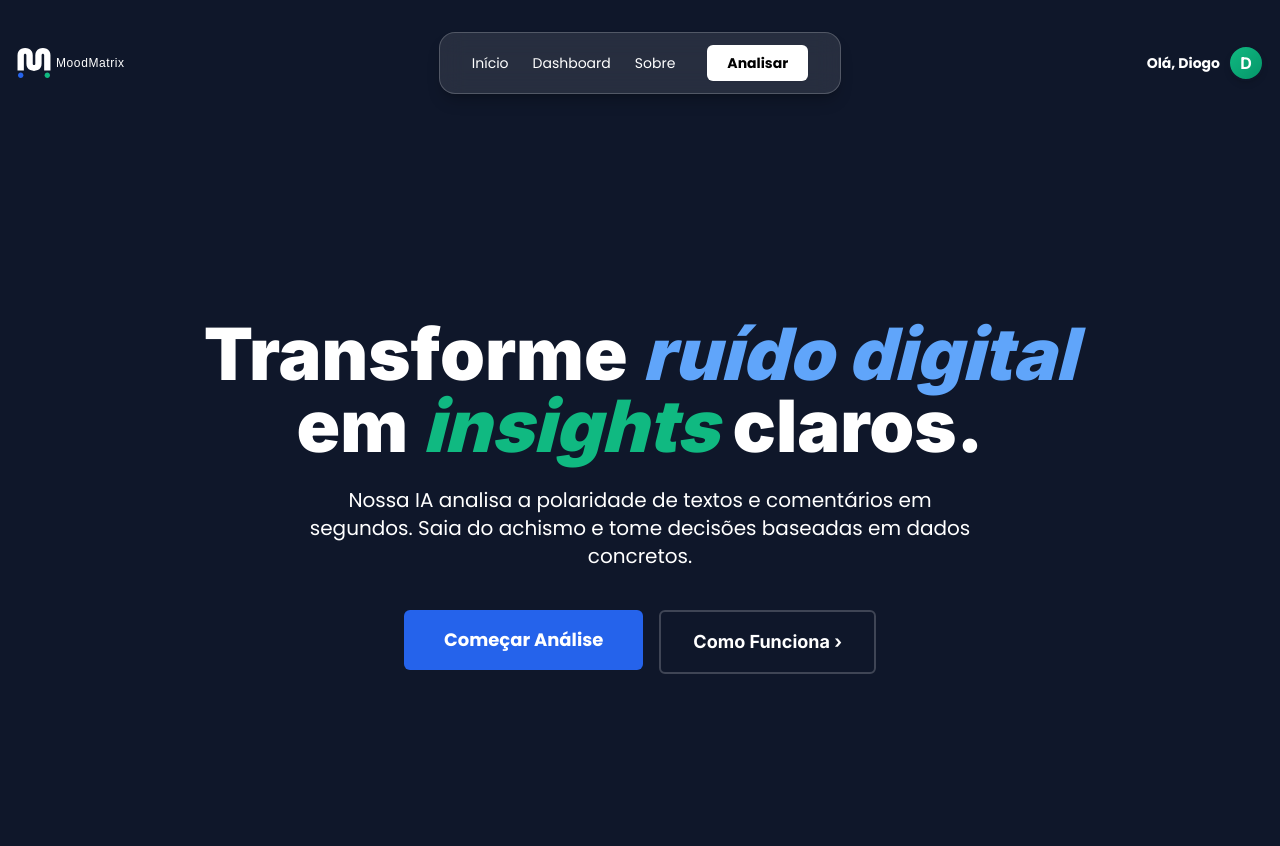
Repository: Hackaton-ONE/hackathon-Frontend
Page: /
The author's editor kept a copy of each file at every save. The page is drawn from the files as they stood at one save, then again after the next save.
The browser window is 1280 px wide. The pictures show the whole page.
Some web fonts or font styles are not loaded; a fallback is used. The project was rebuilt for these pictures with package versions that can differ from the ones it lists, and the page was loaded fresh each time. The framework's server and built-in components were replaced by stand-ins that run in the browser. Also part of the build but not shown: next.config.ts.

Above is the page before, as saved 2026-01-02 10:14:32.

### app/layout.tsx
import type { Metadata } from "next";
import { Inter, Poppins, MuseoModerno } from "next/font/google"; // 1. Importar Poppins
import "./globals.css";
import { Navbar } from "@/components/Navbar";

// 2. Configurar Inter
const inter = Inter({
  subsets: ["latin"],
  variable: "--font-inter",
});

// 3. Configurar Poppins (Pesos comuns: 400, 600, 700)
const poppins = Poppins({
  weight: ['400', '600', '700'],
  subsets: ["latin"],
  variable: "--font-poppins",
});

const museo = MuseoModerno({
  subsets: ["latin"],
  variable: "--font-museo",
  display: "swap",
});

export const metadata: Metadata = {
  title: "MoodMatrix",
  description: "Análise de sentimentos com IA",
};

export default function RootLayout({
  children,
}: Readonly<{

  children: React.ReactNode;
}>) {
  return (
    <html lang="pt-br">
      {/* 4. Adicionar ambas as variáveis no body */}
      <body className={`${inter.variable} ${poppins.variable} ${museo.variable} bg-mood-dark text-white font-sans antialiased`}>
        <Navbar />
        {children}
      </body>
    </html>
  );
}

### app/page.tsx
import { HeroSection } from "../components/HeroSection";

export default function Home() {
  return (
    <main className="min-h-screen bg-mood-dark text-white selection:bg-neon-green selection:text-mood-dark">
      {/* A Navbar já está no layout.tsx, então não precisa repetir aqui se já colocou lá */}

      <HeroSection />

      {/* Aqui virão as próximas seções (Tech Stack, Benefícios, etc.) */}

    </main>
  );
}

### app/globals.css
@tailwind base;
@tailwind components;
@tailwind utilities;

/* Define o fundo padrão do site inteiro e a cor do texto */
body {
  background-color: #0F172A; /* mood.dark */
  color: #ffffff;
  min-height: 100vh;
}

/* Utilitário para o efeito de Vidro (Glassmorphism) */
.glass {
  background: rgba(30, 41, 59, 0.4); /* mood.gray com transparência */
  backdrop-filter: blur(12px);
  -webkit-backdrop-filter: blur(12px);
  border: 1px solid rgba(255, 255, 255, 0.1);
}

/* === PERSONALIZAÇÃO DA BARRA DE ROLAGEM === */

/* 1. Define a largura da barra */
::-webkit-scrollbar {
  width: 8px;
  height: 8px;
}

/* 2. Remove o fundo (Track) */
::-webkit-scrollbar-track {
  background: transparent;
}

/* 3. Cor da barra (Thumb)*/
::-webkit-scrollbar-thumb {
  background-color: #2563EB;
  border-radius: 9999px;
}

/* 4. Efeito ao passar o mouse */
::-webkit-scrollbar-thumb:hover {
  background-color: #60A5FA; /* blue-light */
}

/* 5. Remove as setas (Buttons) */
::-webkit-scrollbar-button {
  display: none;
}

### components/Navbar.tsx
"use client";

import Link from "next/link";
import { useState } from "react";
import { Menu, X } from "lucide-react";
import Image from "next/image";

// Componente NavLink (Link com sublinhado azul)
const NavLink = ({ href, children }: { href: string; children: React.ReactNode }) => (
  <Link
    href={href}
    className="relative group text-white transition-colors font-medium text-sm"
  >
    {children}
    <span className="absolute -bottom-1 left-0 w-0 h-[2px] bg-blue-default transition-all duration-300 ease-out group-hover:w-full" />
  </Link>
);

export function Navbar() {
  const [isOpen, setIsOpen] = useState(false);

  return (
    // Container Principal
    <div className="relative top-0 left-0 w-full z-50 px-4 py-8">

      <div className="max-w-[1600px] mx-auto flex justify-between items-center lg:grid lg:grid-cols-3">

        {/* =======================
            1. LOGO (Coluna 1 - Alinhado à Esquerda)
           ======================= */}
        <div className="flex justify-start">
          <Link href="/" className="flex items-center gap-1 z-50 group">
            <div className="relative w-8 h-8 lg:w-9 lg:h-9 flex items-center justify-center">
              <Image
                src="/logo.svg"
                alt="Logo MoodMatrix"
                fill
                className="object-contain"
              />
            </div>

            <span className="text-white font-medium text-xs font-museo tracking-wider">
              Mood<span>Matrix</span>
            </span>
          </Link>
        </div>

        {/* =======================
            2. PÍLULA CENTRAL (Coluna 2)
            MUDANÇA: 'hidden lg:flex'
            (Escondido em Tablet/Mobile, Flex em Notebook+)
           ======================= */}
        <div className="hidden lg:flex justify-center">
          <nav className="flex items-center gap-8 pl-8 pr-8 py-3 rounded-2xl bg-white/10 backdrop-blur-md border border-white/20 shadow-lg shadow-black/20">
            {/* Links */}
            <div className="flex items-center gap-6 font-poppins font-bold">
              <NavLink href="/">Início</NavLink>
              <NavLink href="/dashboard">Dashboard</NavLink>
              <NavLink href="#sobre">Sobre</NavLink>
            </div>

            {/* Botão Analisar */}
            <Link href="/analisar">
              <button className="bg-white hover:bg-neon-orange text-black font-poppins font-bold text-sm px-5 py-2 rounded-md transition-all duration-200 shadow-sm hover:shadow-md">
                Analisar
              </button>
            </Link>
          </nav>
        </div>

        {/* =======================
            3. AVATAR / MENU (Coluna 3 - Alinhado à Direita)
           ======================= */}
        <div className="flex justify-end items-center gap-4 z-50">

          {/* Avatar (Desktop) */}
          <div className="hidden lg:flex items-center gap-2 pl-4">
            <div className="text-right hidden lg:block">
              <p className="font-poppins text-sm font-bold text-white">Olá, Diogo</p>
            </div>
            <div className="w-9 h-9 rounded-full bg-gradient-to-br from-neon-green to-emerald-600 flex items-center justify-center text-white font-bold border-2 border-mood-dark shadow-md">
              D
            </div>
          </div>

          {/* Botão Hambúrguer (Mobile) */}
          <button
            onClick={() => setIsOpen(!isOpen)}
            className="lg:hidden text-white hover:text-neon-blue transition p-1"
          >
            {isOpen ? <X size={28} /> : <Menu size={28} />}
          </button>
        </div>

      </div>

      {/* =======================
          4. MENU MOBILE DROPDOWN
         ======================= */}
      {isOpen && (
        <div className="lg:hidden absolute top-24 left-4 right-4 z-40 bg-mood-dark/95 backdrop-blur-xl border border-white/10 rounded-2xl p-4 shadow-2xl animate-in fade-in slide-in-from-top-5">

          <div className="flex flex-col space-y-1">
            <Link href="/" onClick={() => setIsOpen(false)} className="block px-4 py-3 text-white/90 hover:text-white hover:bg-blue-default rounded-lg transition-colors text-sm font-medium">
              Início
            </Link>
            <Link href="/dashboard" onClick={() => setIsOpen(false)} className="block px-4 py-3 text-white/90 hover:text-white hover:bg-blue-default rounded-lg transition-colors text-sm font-medium">
              Dashboard
            </Link>
            <Link href="#sobre" onClick={() => setIsOpen(false)} className="block px-4 py-3 text-white/90 hover:text-white hover:bg-blue-default rounded-lg transition-colors text-sm font-medium">
              Sobre
            </Link>
          </div>

          <div className="my-3 border-t border-white/10" />

          <Link href="/analisar" onClick={() => setIsOpen(false)}>
            <button className="w-full bg-white hover:bg-neon-orange text-black border border-white/20 font-poppins font-bold text-sm py-3 rounded-lg transition-all duration-200">
              Analisar
            </button>
          </Link>

          <div className="mt-4 pt-4 border-t border-white/10 flex items-center gap-3">
            <div className="w-8 h-8 rounded-full bg-gradient-to-br from-neon-green to-emerald-600 flex items-center justify-center text-white font-bold text-xs">
              D
            </div>
            <div>
              <p className="text-sm font-bold text-white">Diogo</p>
              <p className="text-xs text-gray-400">diogo@exemplo.com</p>
            </div>
          </div>

        </div>
      )}
    </div>
  );
}

### components/HeroSection.tsx
import Link from "next/link";
import { Button } from "./Button"; // Importando seu botão personalizado

export function HeroSection() {
  return (
    <section className="relative pt-32 lg:pt-48 pb-20 px-4 overflow-hidden">

      {/* =========================================
          ELEMENTOS DECORATIVOS DE FUNDO (GLOWS)
          ========================================= */}

{/* 1. ELIPSE MAIOR (Direita/Topo)
          x: 946.5, y: -78.06 -> right-0 top-[-78px] (Ajustado para responsivo)
          w: 743.5, h: 817.56 -> w-[743px] h-[817px]
          fill: 60A5FA 30% -> bg-blue-light/30
          blur: 160 -> blur-[160px]
      */}
      <div
        className="
          absolute
          top-[-78px]
          right-[-100px] lg:right-[-50px] /* Ajuste fino para telas diferentes */
          w-[743px]
          h-[817px]
          bg-blue-light/30
          blur-[160px]
          rounded-full
          -z-10
          pointer-events-none
        "
      />

      {/* 2. ELIPSE MENOR (Esquerda/Baixo)
          x: -90, y: 546 -> left-[-90px] top-[546px]
          w: 282, h: 343 -> w-[282px] h-[343px]
          fill: 60A5FA 30% -> bg-blue-light/30
          blur: 160 -> blur-[160px]
      */}
      <div
        className="
          absolute
          top-[546px]
          left-[-90px]
          w-[282px]
          h-[343px]
          bg-blue-light/30
          blur-[160px]
          rounded-full
          -z-10
          pointer-events-none
        "
      />


      {/* =========================================
          CONTEÚDO PRINCIPAL
          ========================================= */}
      <div className="max-w-5xl mx-auto text-center flex flex-col items-center">

        {/* TÍTULO */}
        <h1 className="font-inter font-black text-4xl md:text-6xl lg:text-7xl leading-tight text-white mb-6">
          Transforme <span className="italic text-blue-light">ruído digital</span> <br className="hidden md:block" />
          em <span className="italic text-neon-green">insights</span> claros.
        </h1>

        {/* SUBTÍTULO */}
        <p className="font-poppins text-white text-base md:text-xl mb-10 max-w-2xl leading-relaxed">
          Nossa IA analisa a polaridade de textos e comentários em segundos.
          Saia do achismo e tome decisões baseadas em dados concretos.
        </p>

        {/* BOTÕES DE AÇÃO (CTA) */}
        <div className="flex flex-col sm:flex-row gap-4 w-full sm:w-auto">
          <Link href="/analisar">
            <Button variant="primary" className="w-full sm:w-auto text-lg px-8 lg:px-10 py-4 bg-blue-default hover:bg-neon-green font-poppins">
              Começar Análise
            </Button>
          </Link>

          <Link href="#como-funciona">
            <Button variant="outline" className="w-full sm:w-auto text-lg px-8 py-4">
              Como Funciona ›
            </Button>
          </Link>
        </div>

      </div>
    </section>
  );
}

### components/Button.tsx
import React from "react";

interface ButtonProps extends React.ButtonHTMLAttributes<HTMLButtonElement> {
  variant?: "primary" | "outline" | "ghost";
  children: React.ReactNode;
}

export function Button({ variant = "primary", className = "", children, ...props }: ButtonProps) {

  const baseStyles = "px-6 py-3 rounded-md font-bold transition-all duration-200 flex items-center justify-center gap-2 active:scale-[0.98]";

  const variants = {
    primary: "text-white active:translate-y-1",

    // Outline (Borda simples)
    outline: "bg-transparent border-2 border-white/20 text-white hover:bg-white/5 hover:border-white/40",

    // Ghost (Transparente)
    ghost:   "bg-transparent text-gray-400 hover:text-white hover:bg-white/5",
  };

  return (
    <button
      className={`${baseStyles} ${variants[variant]} ${className}`}
      {...props}
    >
      {children}
    </button>
  );
}

### tailwind.config.ts
/** @type {import('tailwindcss').Config} */
const config = {
  // Configuração de onde o Tailwind procura as classes
  content: [
    "./app/**/*.{js,ts,jsx,tsx,mdx}",
    "./pages/**/*.{js,ts,jsx,tsx,mdx}",
    "./components/**/*.{js,ts,jsx,tsx,mdx}",
    "./src/app/**/*.{js,ts,jsx,tsx,mdx}",
    "./src/pages/**/*.{js,ts,jsx,tsx,mdx}",
    "./src/components/**/*.{js,ts,jsx,tsx,mdx}",
  ],
  theme: {
    extend: {
      colors: {
        white: "#FFFFFF",
        mood: {
          dark: "#0F172A", // Fundo Azul Escuro
          nav: "#FFFFFF",  // Base para Navbar
        },
        blue: {
          light: "#60A5FA",   // Azul Claro
          default: "#2563EB", // Azul Padrão
          dark: "#1E3A8A",    // Azul Escuro
        },
        neon: {
          green: "#10B981",
          red: "#B91C1C",
          orange: "#F59E0B",
        },
      },
      fontFamily: {
        sans: ['var(--font-inter)', 'sans-serif'],
        poppins: ['var(--font-poppins)', 'sans-serif'],
        museo: ['var(--font-museo)', 'sans-serif'],
      },
      backgroundImage: {
        // Gradientes de Seta e Barra de Progresso
        'gradient-pos': 'linear-gradient(to right, #2563EB, #10B981)',
        'gradient-neg': 'linear-gradient(to right, #B91C1C, #F59E0B)',

        // Gradientes Sutis para os Cards (Glassmorphism)
        'card-blue': 'linear-gradient(180deg, rgba(255, 255, 255, 0) 0%, rgba(96, 165, 250, 0.05) 100%)',
        'card-green': 'linear-gradient(180deg, rgba(255, 255, 255, 0) 0%, rgba(16, 185, 129, 0.05) 100%)',
        'card-red': 'linear-gradient(180deg, rgba(255, 255, 255, 0) 0%, rgba(185, 28, 28, 0.05) 100%)',
        'card-orange': 'linear-gradient(180deg, rgba(255, 255, 255, 0) 0%, rgba(245, 158, 11, 0.05) 100%)', // NOVO
      }
    },
  },
  plugins: [],
};

export default config;

After the next save:
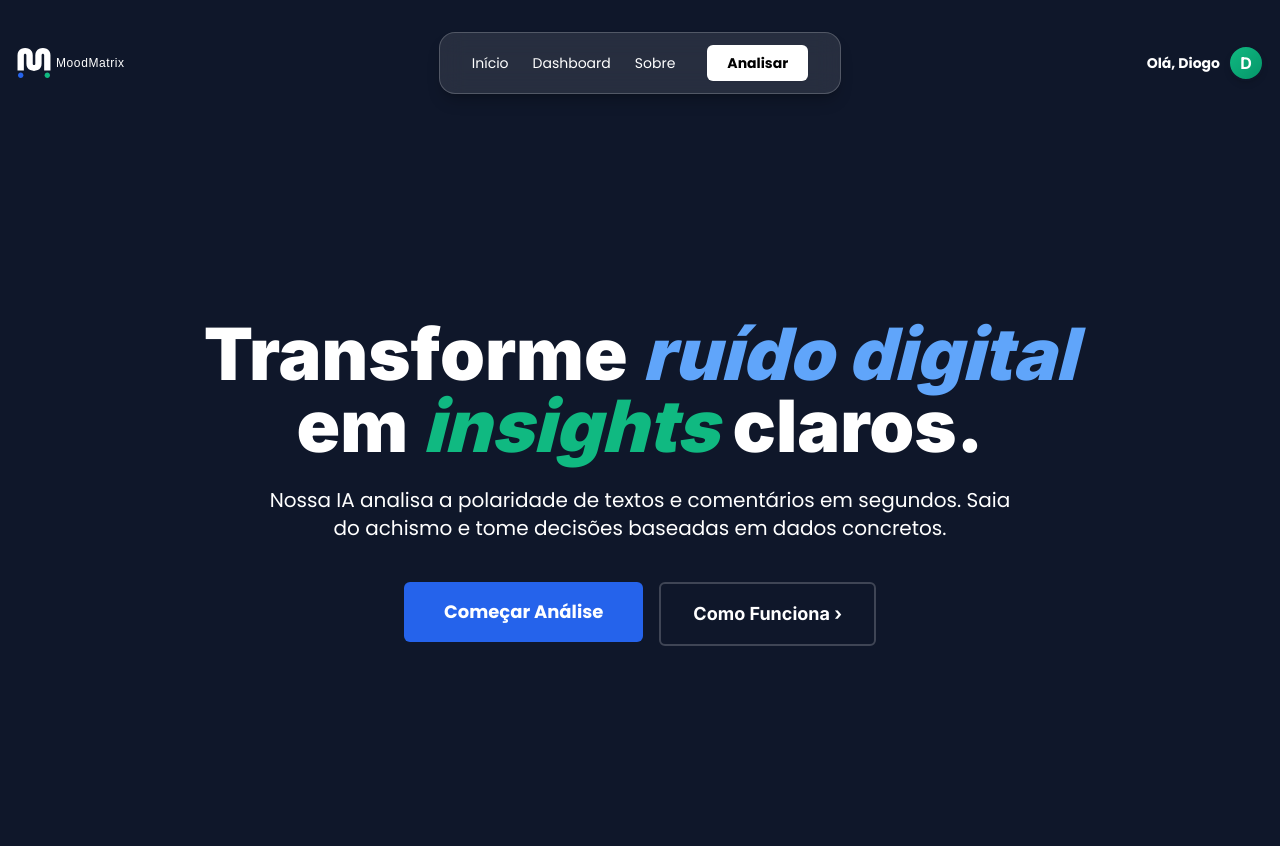
Saved 4 s later.
--- a/components/HeroSection.tsx
+++ b/components/HeroSection.tsx
@@ -64,7 +64,7 @@
         </h1>
 
         {/* SUBTÍTULO */}
-        <p className="font-poppins text-white text-base md:text-xl mb-10 max-w-2xl leading-relaxed">
+        <p className="font-poppins text-white text-base md:text-xl mb-10 max-w-3xl leading-relaxed">
           Nossa IA analisa a polaridade de textos e comentários em segundos.
           Saia do achismo e tome decisões baseadas em dados concretos.
         </p>

After the save that followed:
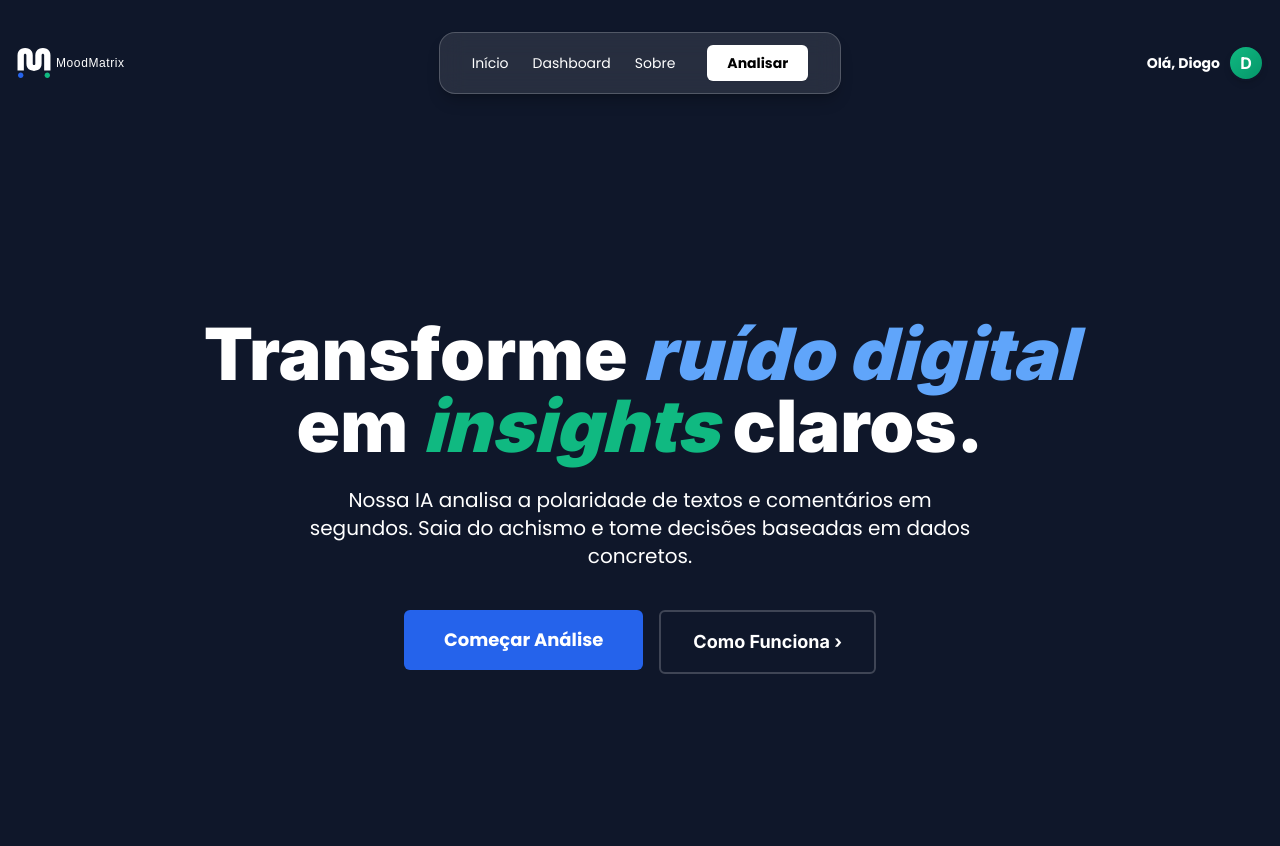
Saved 23 s later.
--- a/components/HeroSection.tsx
+++ b/components/HeroSection.tsx
@@ -64,7 +64,7 @@
         </h1>
 
         {/* SUBTÍTULO */}
-        <p className="font-poppins text-white text-base md:text-xl mb-10 max-w-3xl leading-relaxed">
+        <p className="font-poppins text-white text-base md:text-xl mb-10 max-w-2xl leading-relaxed">
           Nossa IA analisa a polaridade de textos e comentários em segundos.
           Saia do achismo e tome decisões baseadas em dados concretos.
         </p>
